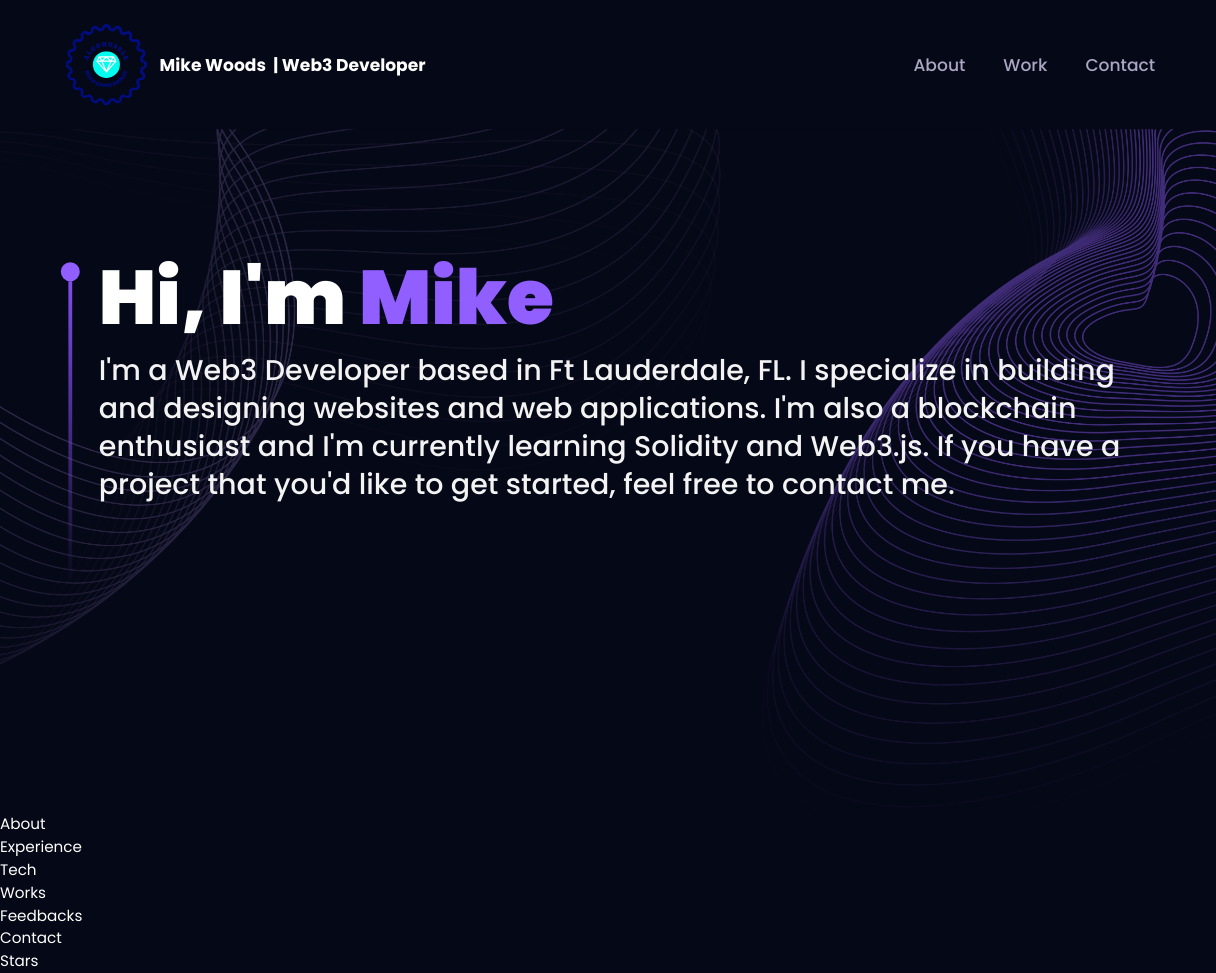
Repository: MikeeBuilds/3D-portfolio
Page: /
An editor plug-in stored every save of this project. The page is shown before and after a run of saves, followed by the edit.
The browser window is 1280 px wide. The pictures show the whole page, at 95% of full size.
The project was rebuilt for these pictures with package versions that can differ from the ones it lists, and the page was loaded fresh each time. Also part of the build but not shown: vite.config.js, src/components/canvas/Earth.jsx, src/components/canvas/Ball.jsx, src/components/canvas/Computers.jsx.

Above is the page before, as saved 2023-03-04 15:04:47.

After the next 2 saves:
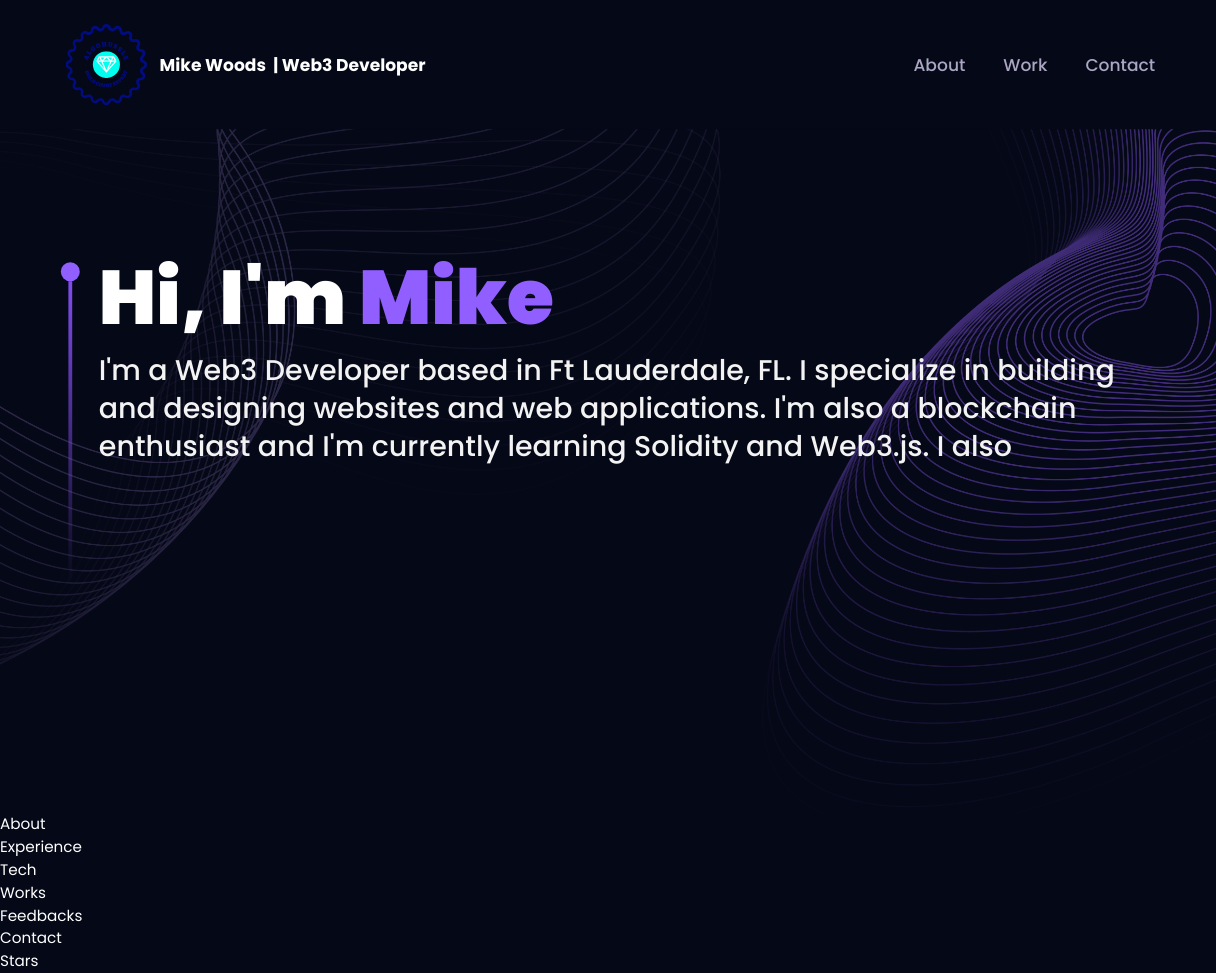
The 2 saves are shown as one change because they came seconds apart.
The last was saved 12 s later.
--- a/src/components/Hero.jsx
+++ b/src/components/Hero.jsx
@@ -19,8 +19,7 @@ const Hero = () => {
             <p className={`${styles.heroSubText} mt-2 text-white-100`}>
               I'm a Web3 Developer based in Ft Lauderdale, FL. I specialize in building and
                 designing websites and web applications. I'm also a blockchain enthusiast and
-                I'm currently learning Solidity and Web3.js. If you have a project that you'd
-                like to get started, feel free to contact me.
+                I'm currently learning Solidity and Web3.js. I also
             </p>
           </div>
 
